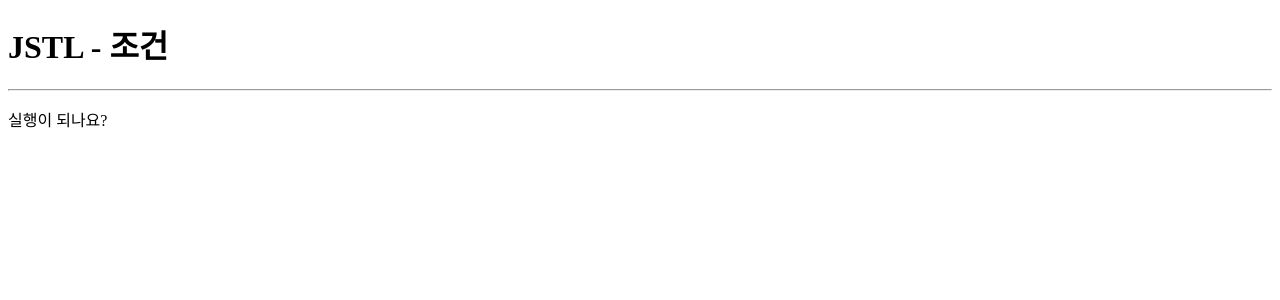
Repository: ChimmyWorld/JSP
Page: http://localhost/Day53/ex08.jsp
The author's editor kept a copy of each file at every save. The page is drawn from the files as they stood at one save, then again after the next save.
The browser window is 1280 px wide. The pictures show the whole page.
The page is served by Tomcat 9.

Above is the page before, as saved 2023-09-22 05:41:49.

After the next save:
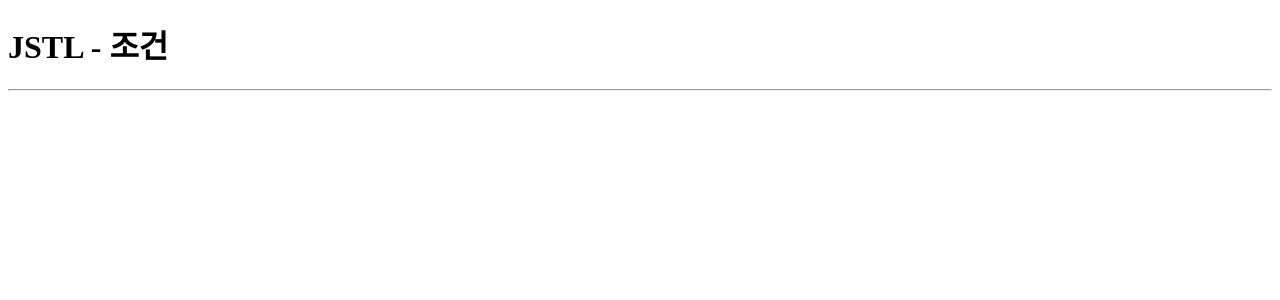
Saved 26 s later.
--- a/Day53/WebContent/ex08.jsp
+++ b/Day53/WebContent/ex08.jsp
@@ -11,7 +11,7 @@
 	<h1>JSTL - 조건</h1>
 	<hr>
 
-	<c:if test="true">
+	<c:if test="tr1ue">
 		<p>실행이 되나요?</p>
 	</c:if>
 </body>

After the 2 saves that followed:
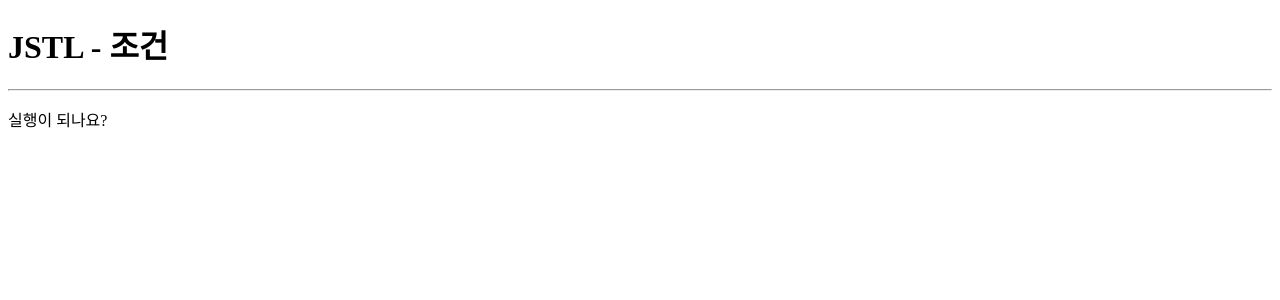
The 2 saves are shown as one change because 1 left the picture as it was.
The last was saved 41 s later.
--- a/Day53/WebContent/ex08.jsp
+++ b/Day53/WebContent/ex08.jsp
@@ -11,7 +11,8 @@
 	<h1>JSTL - 조건</h1>
 	<hr>
 
-	<c:if test="tr1ue">
+	<%-- if : test에 true가 들어가면 실행된다.  true 외엔 전부 거짓 --%>
+	<c:if test="true">
 		<p>실행이 되나요?</p>
 	</c:if>
 </body>
